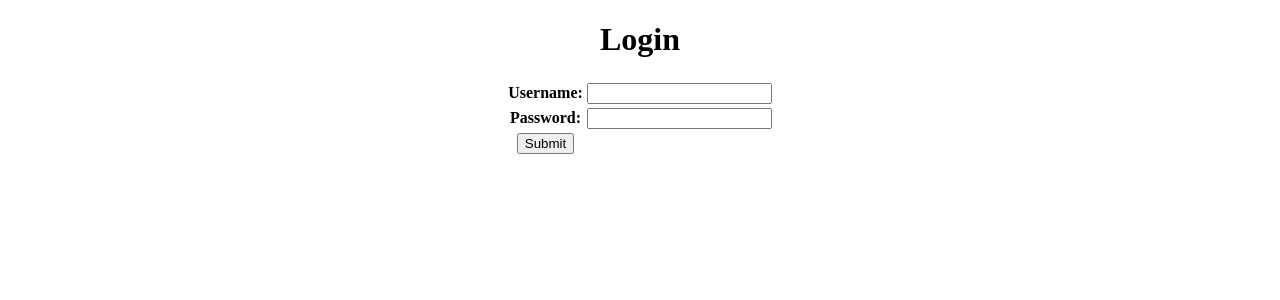
Repository: Sourabhmag/week-5
Page: http://localhost/LoginApp/login.jsp
An editor plug-in stored every save of this project. The page is shown before and after the next save, followed by the edit.
The browser window is 1280 px wide. The pictures show the whole page.
The page is served by Tomcat 9. Other server files are loaded and not shown.

Above is the page before, as saved 2019-11-06 10:37:56.

### LoginApp/WebContent/login.jsp
<%@ page language="java" contentType="text/html; charset=UTF-8"
	pageEncoding="UTF-8"%>
<!DOCTYPE html>
<html>
<head>
<style type="text/css">
	form {text-align:center;}
	table {text-align:center;}
	tr {text-align:center;}
	th {text-align:center;}
	h1 {text-align:center;}
</style>
<meta charset="UTF-8">
<title>Welcome to my Website</title>
</head>
<body>
	<h1>Login</h1>
	<form>
	<table align="center">
		<tr><th >Username:</th> <th ><input type="text" name="firstname"></th></tr>
		<tr><th >Password:</th> <th ><input type="password" name="firstname"></th></tr>
		<tr><th ><input type="submit" name="submit"></th></tr>






		</table>
	</form>
</body>
</html>

After the next save:
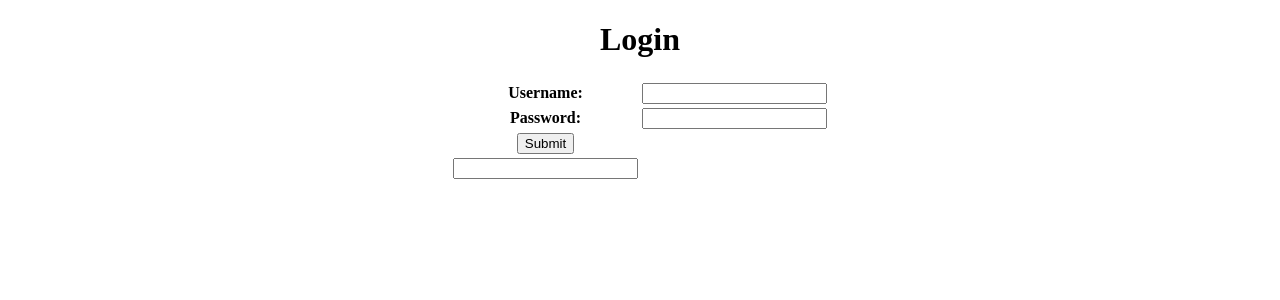
Saved 35 s later.
--- a/LoginApp/WebContent/login.jsp
+++ b/LoginApp/WebContent/login.jsp
@@ -20,6 +20,7 @@
 		<tr><th >Username:</th> <th ><input type="text" name="firstname"></th></tr>
 		<tr><th >Password:</th> <th ><input type="password" name="firstname"></th></tr>
 		<tr><th ><input type="submit" name="submit"></th></tr>
+		<tr><th ><input type="clear" name="clear"></th></tr>
 
 
 
